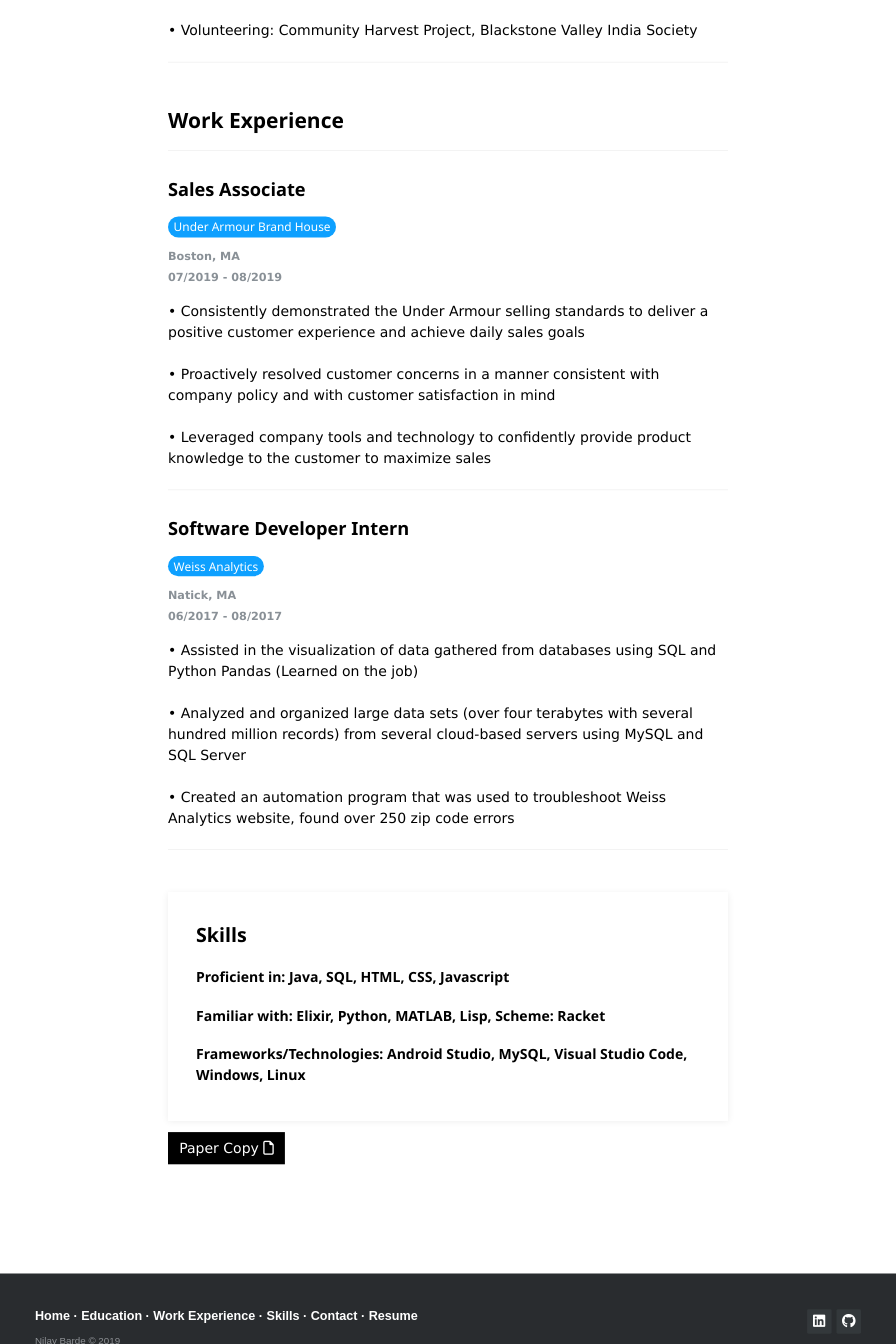
Repository: NilayBarde/Personal-Website
Page: cv.html
The author's editor kept a copy of each file at every save. The page is drawn from the files as they stood at one save, then again after the next save.
The browser window is 1280 px wide. The pictures show the part of the page from y = 845 to 2765 px (the page is 2814 px tall), at 70% of full size.
Some web libraries are served in a nearby version.

Above is the page before, as saved 2019-10-07 15:02:08.

### cv.html
<!DOCTYPE html>
<html>

<head>
    <meta charset="utf-8">
    <meta name="viewport" content="width=device-width, initial-scale=1">
    <title>Nilay Barde | Software Developer</title>
    <link rel="stylesheet" href="assets/css/style.css">
    <script src="https://kit.fontawesome.com/a695053543.js"></script>
    <link rel="stylesheet" href="assets/css/style2.css">
</head>

<body>
    <!-- Top Navigation Menu -->
    <div class="hide-medium hide-large">
        <div class="topnav" id="topnav">
            <a href="index2.html" class="active">Nilay Barde</a>
            <div id="myLinks">
                <a href="#education">Education</a>
                <a href="#work-experience">Work Experience</a>
                <a href="#skills">Skills</a>
                <a href="mailto: nilaybarde@gmail.com">Contact</a>
                <a href="index2.html">Home</a>
            </div>
            <a href="javascript:void(0);" class="icon" onclick="myFunction()">
                <i class="fa fa-bars"></i>
            </a>
        </div>
    </div>



    <!-- Navbar -->
    <div class="navbar">
        <div class="bar white wide padding card hide-small">
            <a href="index2.html" class="nav-bar-item nav-bar-button">Nilay Barde</a>
            <div class="nav-bar-right hide-small">
                <a href="#education" class="nav-bar-item nav-bar-button">Education</a>
                <a href="#work-experience" class="nav-bar-item nav-bar-button">Work Experience</a>
                <a href="#skills" class="nav-bar-item nav-bar-button">Skills</a>
                <a href="mailto: nilaybarde@gmail.com" class="nav-bar-item nav-bar-button">Contact</a>
                <a href="index2.html" id="resume" class="nav-bar-item nav-bar-button">Home</a>
            </div>
        </div>
    </div>

    <section class="cv-block info">
        <div class="container">
            <div class="education group" id="education">
                <h2 class="text-center">Education</h2>
                <div class="item">
                    <div class="row">
                        <div class="col-md-6">
                            <h3>B.S. Computer Science with Finance</h3>
                            <h4 class="organization">Northeastern University</h4>
                        </div>
                        <div class="col-md-6">
                            <time class="period">Boston, MA<br>09/2018 - 12/2022</time>
                        </div>
                    </div>
                    <p class="text-muted">• Relevant Courses: Web Development (Graduate Level), Fundamentals of Computer Science II, Database Design, Management of Information Systems, Business Statistics, Macroeconomics, Microeconomics, Financial Management,
                        <br><br>• Awards and Activities: Phi Delta Theta – Community Service Vice President, Hope Loves Company Volunteer, GCP Applied Technologies Scholarship
                    </p>
                </div>
                <div class="item">
                    <div class="row">
                        <div class="col-md-6">
                            <h3>High School</h3>
                            <h4 class="organization">Massachusetts Academy of Math and Science at WPI</h4>
                        </div>
                        <div class="col-md-6">
                            <time class="period">Worcester, MA<br>08/2016 - 05/2018</time>
                        </div>
                    </div>
                    <p class="text-muted">• Relevant Courses: Algorithms, Object-Orientated Design Concepts, Discrete Mathematics, Program Design, Calculus I, II, III, IV
                        <br><br>• Volunteering: Community Harvest Project, Blackstone Valley India Society
                    </p>
                </div>
            </div>
            <div class="work-experience group" id="work-experience">
                <h2 class="text-center">Work Experience</h2>
                <div class="item">
                    <div class="row">
                        <div class="col-md-6">
                            <h3>Sales Associate</h3>
                            <h4 class="organization">Under Armour Brand House</h4>
                        </div>
                        <div class="col-md-6">
                            <time class="period">Boston, MA<br>07/2019 - 08/2019</time>
                        </div>
                    </div>
                    <p class="text-muted">• Consistently demonstrated the Under Armour selling standards to deliver a positive customer experience and achieve daily sales goals
                        <br><br>• Proactively resolved customer concerns in a manner consistent with company policy and with customer satisfaction in mind
                        <br><br>• Leveraged company tools and technology to confidently provide product knowledge to the customer to maximize sales
                    </p>
                </div>
                <div class="item">
                    <div class="row">
                        <div class="col-md-6">
                            <h3>Software Developer Intern</h3>
                            <h4 class="organization">Weiss Analytics</h4>
                        </div>
                        <div class="col-md-6">
                            <time class="period">Natick, MA<br>06/2017 - 08/2017</time>
                        </div>
                    </div>
                    <p class="text-muted">• Assisted in the visualization of data gathered from databases using SQL and Python Pandas (Learned on the job)
                        <br><br>• Analyzed and organized large data sets (over four terabytes with several hundred million records) from several cloud-based servers using MySQL and SQL Server
                        <br><br>• Created an automation program that was used to troubleshoot Weiss Analytics website, found over 250 zip code errors
                    </p>
                </div>
                <div class="group" id="skills">
                    <div class="row">
                        <div class="col-md-6">
                            <div class="skills info-card">
                                <h2>Skills</h2>
                                <h3>Proficient in: Java, SQL, HTML, CSS, Javascript</h3>
                                <h3>Familiar with: Elixir, Python, MATLAB, Lisp, Scheme: Racket</h3>
                                <h3>Frameworks/Technologies: Android Studio, MySQL, Visual Studio Code, Windows, Linux</h3>
                            </div>
                        </div>
                    </div>
                </div>
                <a href="Barde_Nilay_Resume.pdf" target=blank><button class="nav-bar-button black section"> Paper Copy <i
              class="far fa-file"></i>
          </button></a>


            </div>
    </section>
    <footer class="footer-distributed">

        <div class="footer-right">

            <a href="https://www.linkedin.com/in/nilaykbarde/" target=blank><i class="fab fa-linkedin"></i></a>
            <a href="https://github.com/NilayBarde" target=blank><i class="fab fa-github"></i></a>

        </div>

        <div class="footer-left">

            <p class="footer-links">
                <a href="index2.html" id=homefooter>Home</a> ·
                <a href="#education" id=educationfooter>Education</a> ·
                <a href="#work-experience" id=workexperiencefooter>Work Experience</a> ·
                <a href="#skills" id=skillsfooter>Skills</a> ·
                <a href="mailto: nilaybarde@gmail.com" id=contactfooter>Contact</a> ·
                <a href="cv.html" target=blank id=resumefooter>Resume</a>
            </p>

            <p>Nilay Barde &copy; 2019</p>
        </div>

    </footer>

    </main>
</body>
<script src="https://code.jquery.com/jquery-3.2.1.min.js"></script>
<script src="assets/js/script.js"></script>

</html>

### assets/css/style.css
@import url("https://fonts.googleapis.com/css?family=Lato:300,400");
body {
    font-family: 'Lato', sans-serif;
}

.cv-block {
    padding-bottom: 60px;
    padding-top: 60px;
}

.cv-block.info {
    padding-top: 70px;
}

.cv-block.info h2 {
    font-weight: bold;
    margin-bottom: 20px;
}

.cv-block.info h3 {
    font-size: 1.3rem;
}

.cv-block.info .group {
    max-width: 800px;
    margin: auto;
}

.cv-block.info .group:not(:first-child) {
    margin-top: 60px;
}

.cv-block.info .group .period {
    font-size: 0.8rem;
    float: none;
    font-weight: bold;
    margin-top: 4px;
    color: #6c757d;
    opacity: 0.8;
}

.cv-block.info .group .organization {
    font-size: 0.85em;
    background-color: #0ea0ff;
    display: inline-block;
    color: #fff;
    padding: 2px 8px;
    border-radius: 2em;
}

.cv-block.info .education.group .organization {
    background-color: #20c997;
}

.cv-block.info .group .item {
    padding-bottom: 10px;
    margin-bottom: 25px;
    border-bottom: 1px solid #eee;
}

.cv-block.info .group h2+.item {
    padding-top: 25px;
    border-top: 1px solid #eee;
}

.cv-block.info .group .item .row {
    margin-bottom: 5px;
}

.cv-block.info .work-experience h3,
.cv-block.info .education h3 {
    font-weight: bold;
}

.cv-block .info-card {
    padding: 40px;
    box-shadow: 0px 2px 10px rgba(0, 0, 0, 0.075);
    height: 100%;
}

.cv-block .info-card h2 {
    margin-top: 0;
    margin-bottom: 24px;
    font-size: 1.4rem;
}

.cv-block .info-card.skills h3 {
    margin-top: 25px;
    font-size: 1rem;
    font-weight: bold;
}

.cv-block .info-card.skills .progress {
    height: 3px;
}

.cv-block .info-card.contact-info .icon {
    font-size: 1.3em;
    color: #c9c9c9;
    position: relative;
    bottom: 4px;
}

.cv-block.info .hobbies p {
    max-width: 700px;
    margin: auto;
    font-size: 1.2em;
}

.page-footer {
    padding-top: 32px;
    border-top: 1px solid #ddd;
    text-align: center;
    padding-bottom: 20px;
}

.page-footer a {
    display: inline-block;
    margin: 0px 10px;
    color: #282b2d;
    font-size: 18px;
}

.page-footer .links {
    display: inline-block;
}

#educationfooter:hover,
#workexperiencefooter:hover,
#skillsfooter:hover {
    color: #E31B6D;
}

.page-footer .social-icons {
    margin-top: 20px;
    margin-bottom: 16px;
}

.page-footer .social-icons a {
    font-size: 18px;
    margin: 0 3px;
    color: #ffffff;
    border: 1px solid;
    opacity: 0.75;
    border-radius: 50%;
    width: 36px;
    display: inline-block;
    height: 36px;
    text-align: center;
    background-color: #c5c9d2;
    line-height: 34px;
}

.page-footer .social-icons a:hover {
    opacity: 1;
}

Loaded but not shown: assets/js/script.js (48 lines, source omitted); assets/css/style2.css (2100 lines, source omitted)

After the next save:
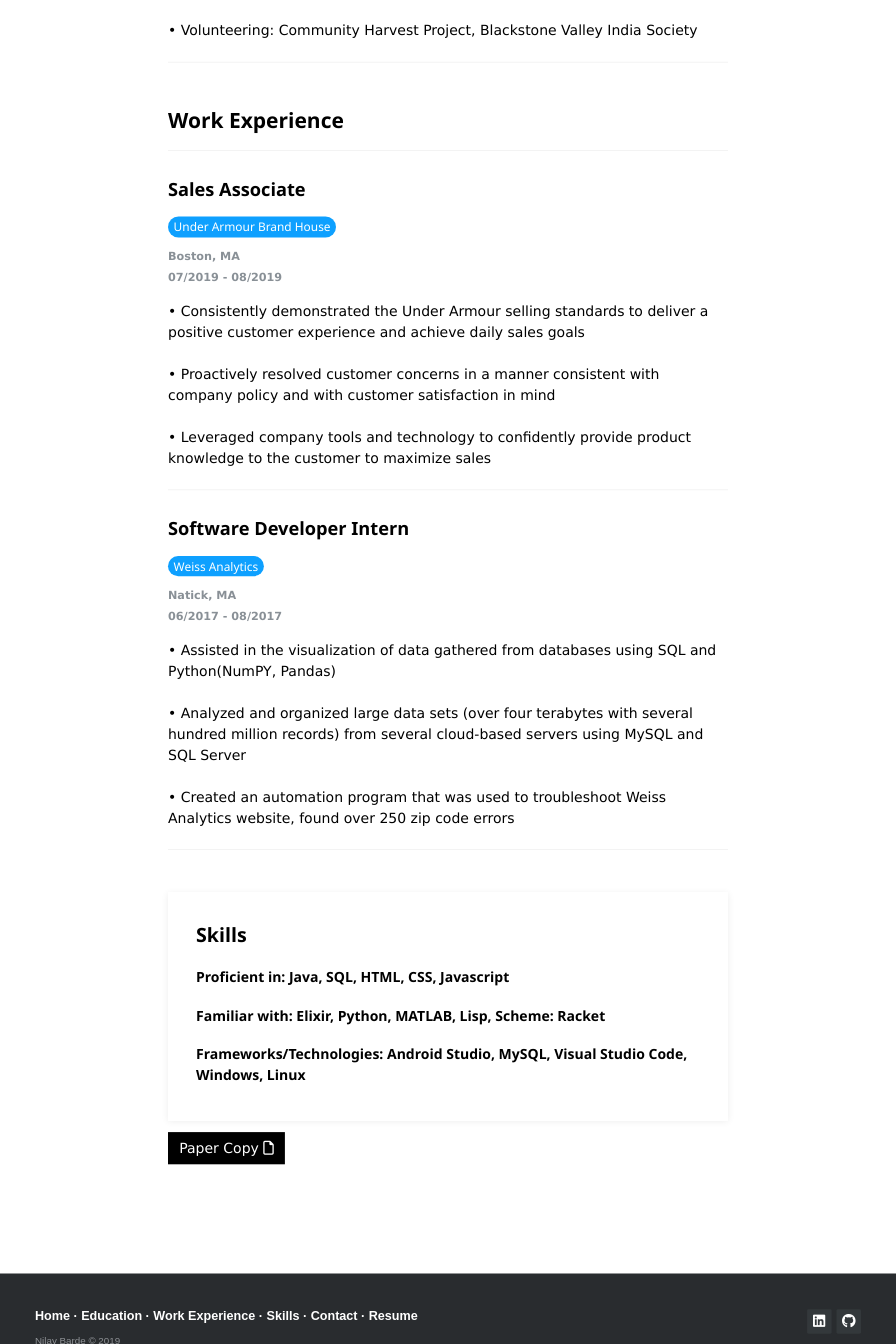
Saved 35 s later.
--- a/cv.html
+++ b/cv.html
@@ -104,7 +104,7 @@
                             <time class="period">Natick, MA<br>06/2017 - 08/2017</time>
                         </div>
                     </div>
-                    <p class="text-muted">• Assisted in the visualization of data gathered from databases using SQL and Python Pandas (Learned on the job)
+                    <p class="text-muted">• Assisted in the visualization of data gathered from databases using SQL and Python(NumPY, Pandas)
                         <br><br>• Analyzed and organized large data sets (over four terabytes with several hundred million records) from several cloud-based servers using MySQL and SQL Server
                         <br><br>• Created an automation program that was used to troubleshoot Weiss Analytics website, found over 250 zip code errors
                     </p>
